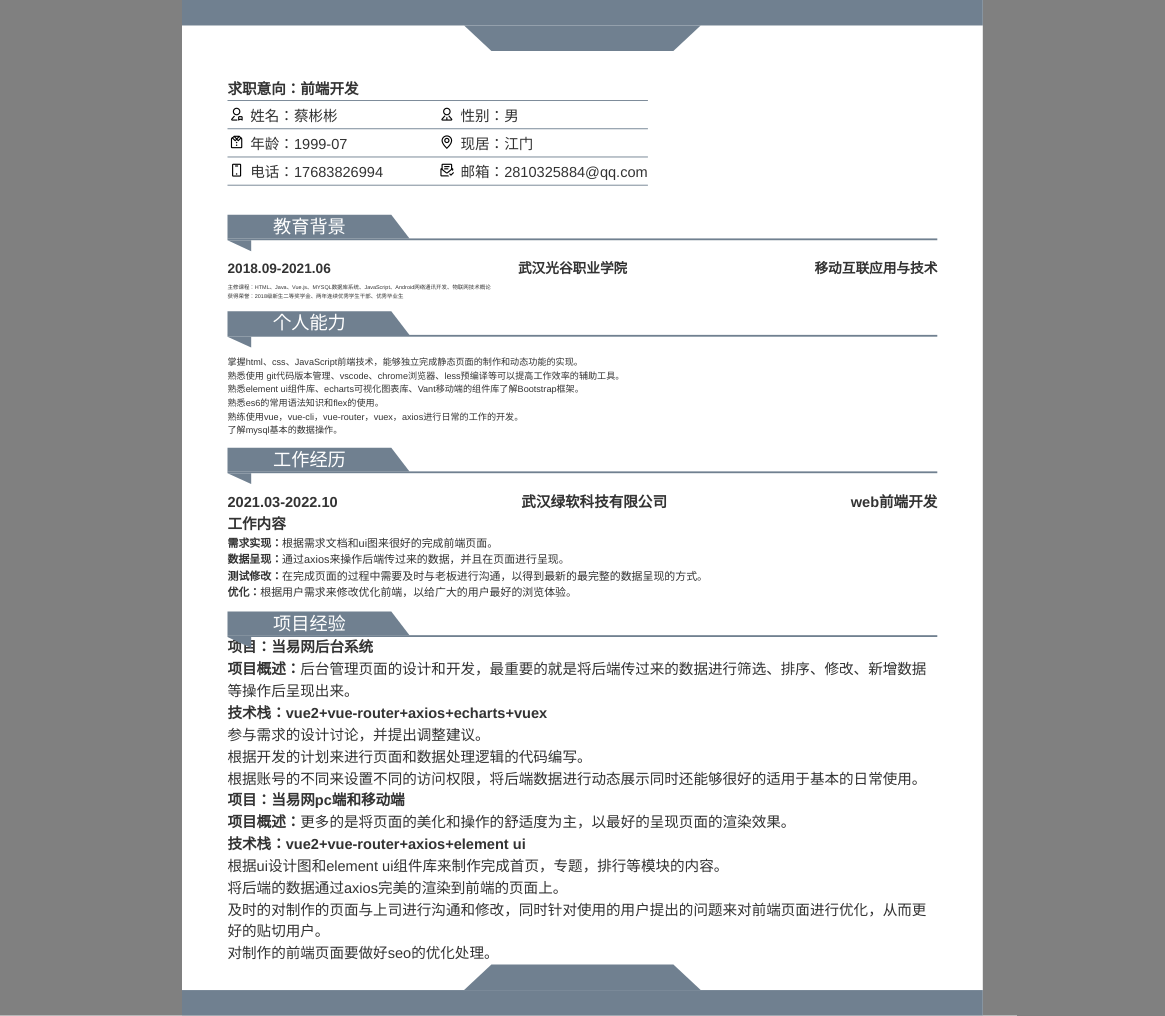
Repository: xiaobingezai/resume
Page: index.html
These files come from the project's save history. The page is drawn as it stood at one moment and after the next save; the edit follows.
The browser window is 1280 px wide. The pictures show the whole page, at 91% of full size.

Above is the page before, as saved 2022-11-03 01:14:49.
Console error: TypeError: Cannot set properties of null (setting 'innerHTML')

After the next save:
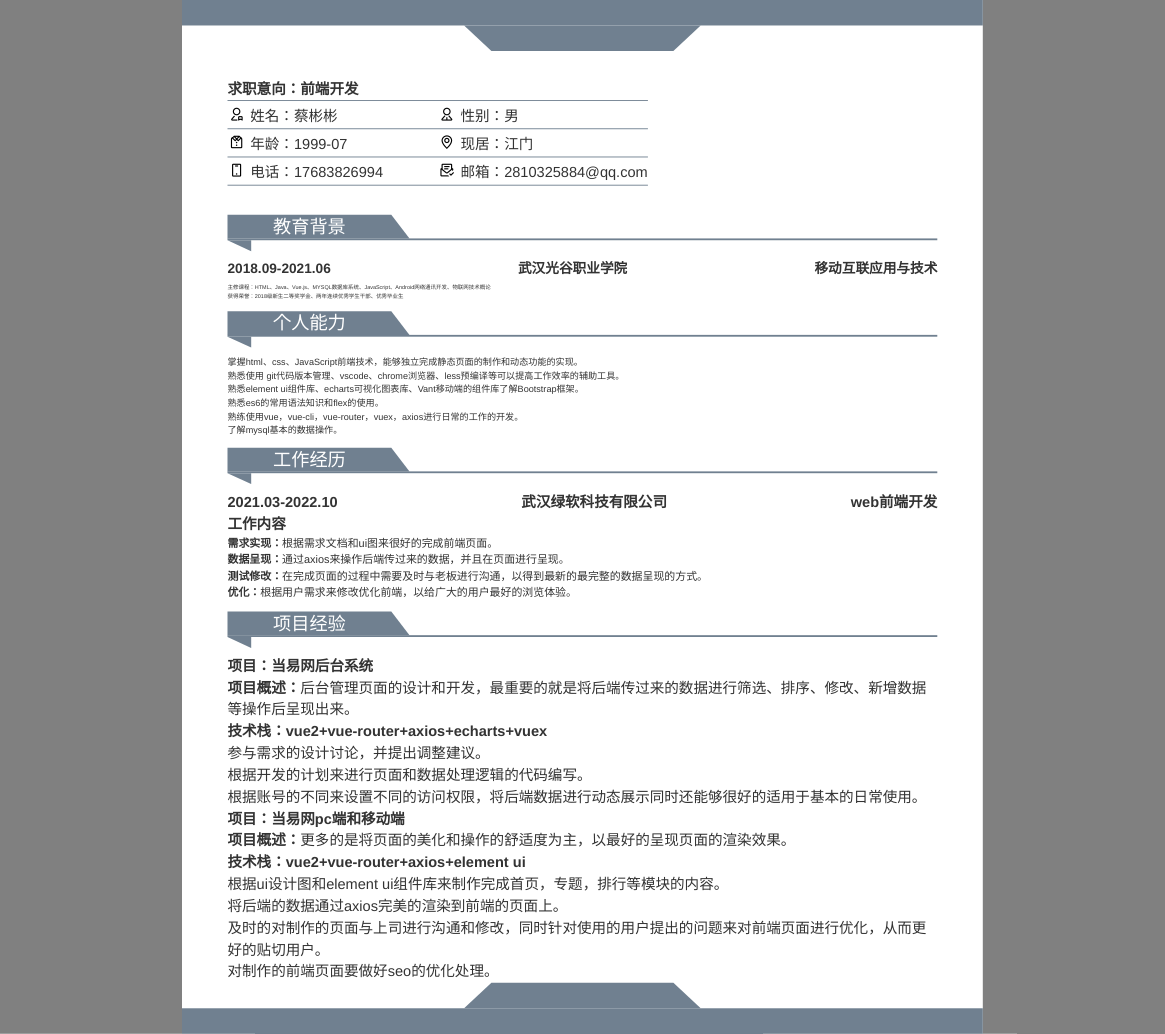
Saved 16 s later.
--- a/css/index.css
+++ b/css/index.css
@@ -204,3 +204,8 @@ body{
 #zhengTi #head .gongZuoJingLi li {
     font-size: 12px;
 }
+
+/* 项目经验 */
+#zhengTi #head .xiangMuJingYan .bianJu3 {
+    margin-top: 20px;
+}
